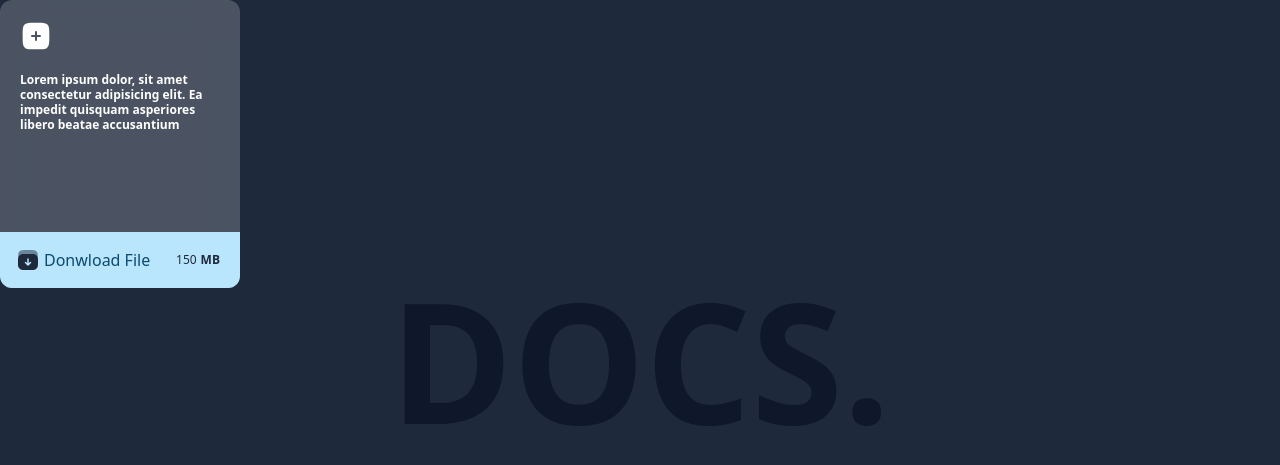
Repository: aliakbarmotallebi/framer-react
Page: /
These files come from the project's save history. The page is drawn as it stood at one moment and after the next save; the edit follows.
The browser window is 1280 px wide. The pictures show the whole page.
The project was rebuilt for these pictures with package versions that can differ from the ones it lists, and the page was loaded fresh each time.

Above is the page before, as saved 2024-08-14 22:39:48.

After the next save:
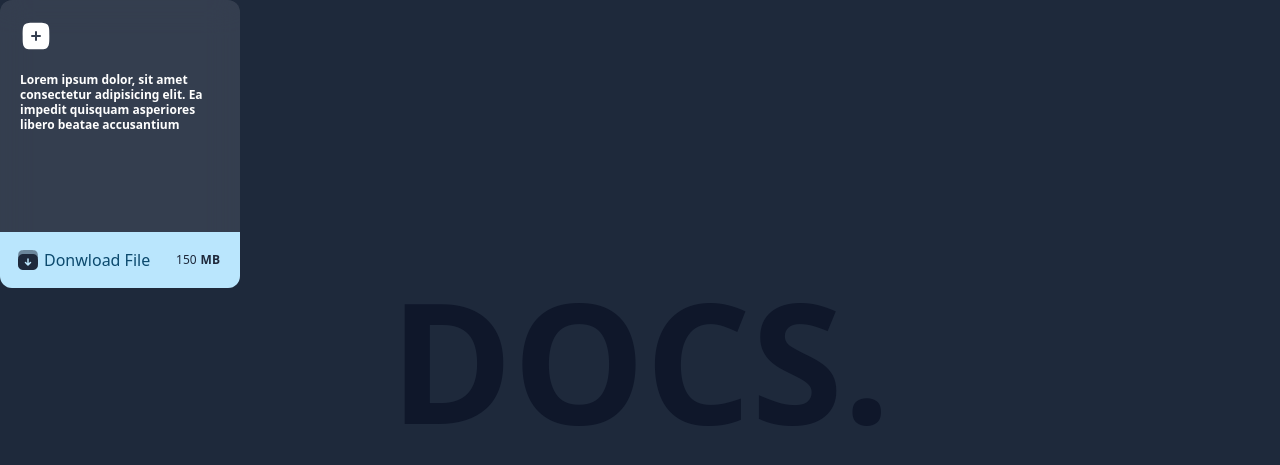
Saved 4 s later.
--- a/src/components/Card.jsx
+++ b/src/components/Card.jsx
@@ -4,7 +4,7 @@ import { motion } from "framer-motion";
 class Card extends Component {
     render() {
         return (
-            <motion.div drag className="w-60 h-72 rounded-xl bg-white/20 backdrop-blur-lg p-5 text-white relative overflow-hidden">
+            <motion.div drag className="w-60 h-72 rounded-xl bg-white/10 backdrop-blur-lg p-5 text-white relative overflow-hidden">
                 <svg xmlns="http://www.w3.org/2000/svg" className="w-8 h-8" viewBox="0 0 24 24"><path fill="currentColor" fill-rule="evenodd" d="M12 22c-4.714 0-7.071 0-8.536-1.465C2 19.072 2 16.714 2 12s0-7.071 1.464-8.536C4.93 2 7.286 2 12 2s7.071 0 8.535 1.464C22 4.93 22 7.286 22 12s0 7.071-1.465 8.535C19.072 22 16.714 22 12 22m0-13.75a.75.75 0 0 1 .75.75v2.25H15a.75.75 0 0 1 0 1.5h-2.25V15a.75.75 0 0 1-1.5 0v-2.25H9a.75.75 0 0 1 0-1.5h2.25V9a.75.75 0 0 1 .75-.75" clip-rule="evenodd"/></svg>
                 <p className="text-xs leading-tight mt-5 font-semibold">
                     Lorem ipsum dolor, sit amet consectetur adipisicing elit. Ea impedit quisquam asperiores libero beatae accusantium
